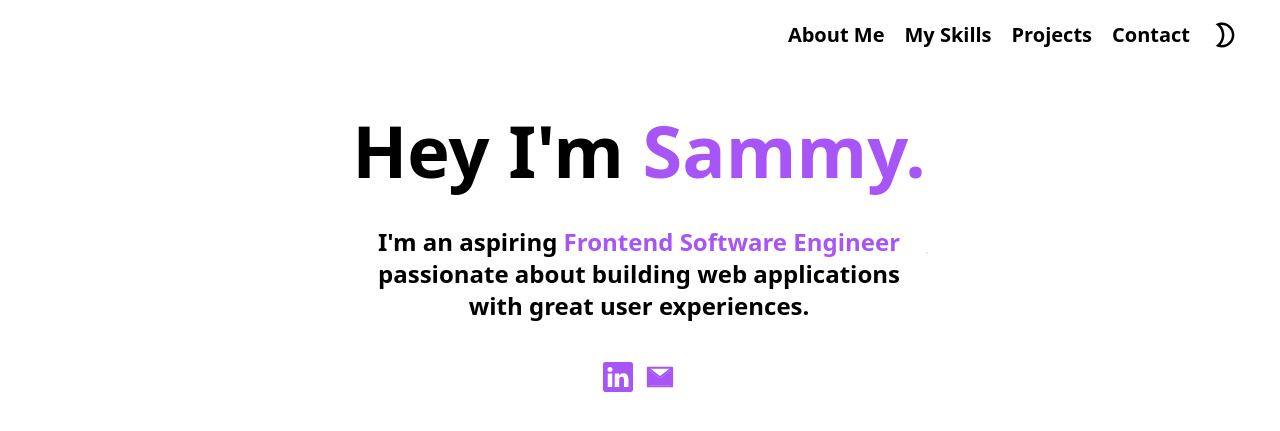
Repository: Al123Kudayyd/e-portfolio
Page: /
The author's editor kept a copy of each file at every save. The page is drawn from the files as they stood at one save, then again after a run of saves.
The browser window is 1280 px wide. The pictures show the whole page.
The project was rebuilt for these pictures with package versions that can differ from the ones it lists, and the page was loaded fresh each time. The framework's server and built-in components were replaced by stand-ins that run in the browser. Also part of the build but not shown: next.config.js.

Above is the page before, as saved 2023-06-06 22:30:53.

### pages/index.tsx
import Info from "@/components/Info";
import Nav from "@/components/Nav";



export default function Home() {
  return (
    <>
      <Nav />
      <div className="flex justify-center items-center">
        <Info />
        <div className="border "></div>
      </div>


    </>
  )
}

### components/Info.tsx
import { BsLinkedin } from 'react-icons/bs'
import { AiTwotoneMail } from 'react-icons/ai'

function Info() {
  return (
    <div className="overflow-hidden">
        <div className="space-y-10 my-11 flex-col text-center justify-center items-center">
          <h1 className="text-7xl font-bold">Hey I'm <span className="text-purple-500">Sammy.</span></h1>
          <h3 className="text-2xl font-semibold">I'm an aspiring <span className="text-purple-500">Frontend Software Engineer</span> <br /> passionate about building web applications <br /> with great user experiences.</h3>
          <div className="flex justify-center items-center space-x-3 text-3xl text-purple-500">
            <BsLinkedin />
            <AiTwotoneMail />
          </div>
        </div>
      </div>
  )
}

export default Info

### components/Nav.tsx
import { MdOutlineModeNight } from 'react-icons/md'
import { FaBars } from 'react-icons/fa'

function Nav() {
  return (
    <div className='my-5 mx-10 flex items-center justify-end font-bold cursor-pointer'>
        <FaBars className='flex md:hidden lg:hidden text-2xl hover:text-purple-500 transition' />
        <ul className='md:flex lg:flex hidden space-x-5 items-center justify-end text-xs sm:text-xl'>
            <li className='hover:text-purple-500 transition'>About Me</li>
            <li className='hover:text-purple-500 transition'>My Skills</li>
            <li className='hover:text-purple-500 transition'>Projects</li>
            <li className='hover:text-purple-500 transition'>Contact</li>
            <li><MdOutlineModeNight className='text-3xl hover:scale-110 transition' /></li>

        </ul>

    </div>
  )
}

export default Nav

Loaded but not shown: pages/_app.tsx (common file); pages/_document.tsx (common file); styles/globals.css (common file); tailwind.config.js (common file)

After the next 2 saves:
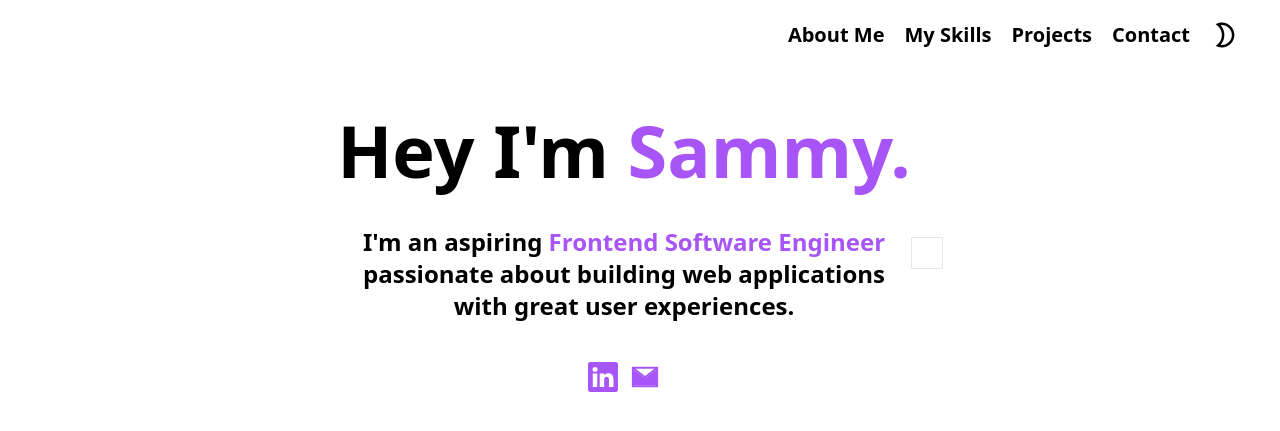
The 2 saves are shown as one change because they came seconds apart.
The last was saved 9 s later.
--- a/pages/index.tsx
+++ b/pages/index.tsx
@@ -9,7 +9,7 @@ export default function Home() {
       <Nav />
       <div className="flex justify-center items-center">
         <Info />
-        <div className="border "></div>
+        <div className="border h-8 w-8 "></div>
       </div>
 
 
